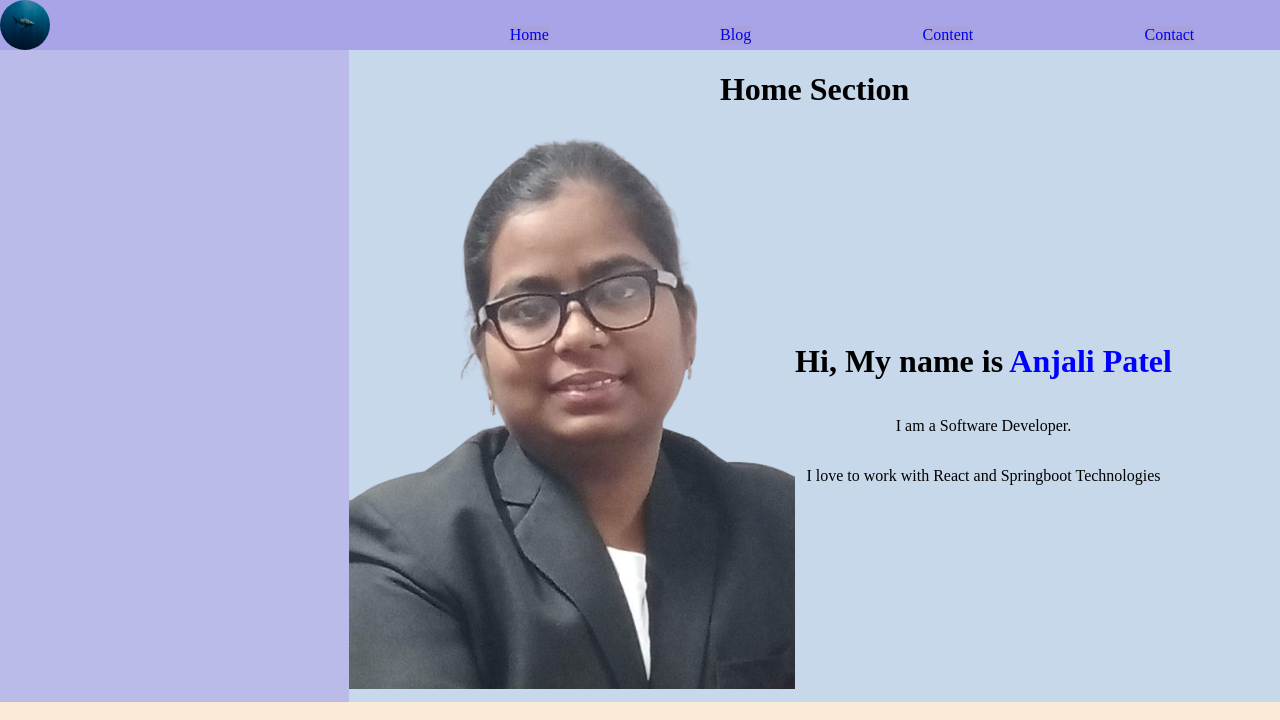
Repository: purnimapatel/fish-world
Page: index.html
An editor plug-in stored every save of this project. The page is shown before and after the next save, followed by the edit.
The browser window is 1280 px wide. The pictures show the whole page.
An inner scrolling area shows only its first screen.

Above is the page before, as saved 2024-08-25 15:29:47.

After the next save:
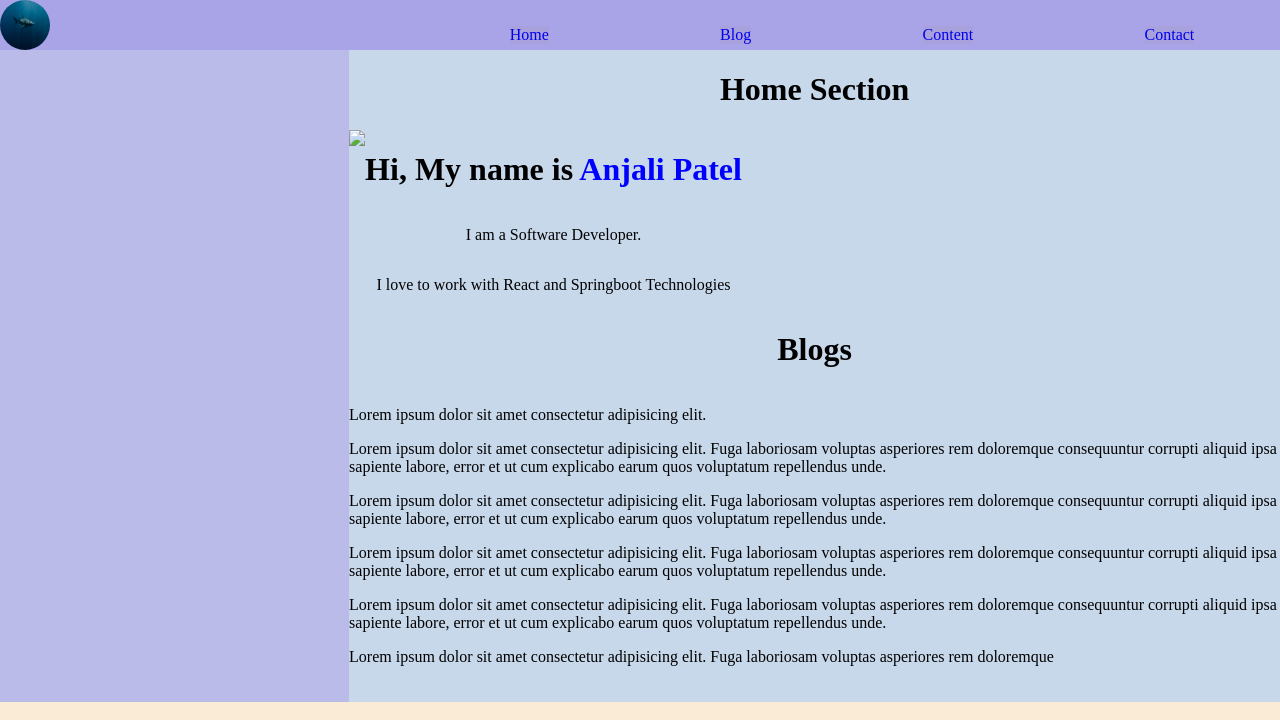
Not found: img/image1.png
Saved 2 min 22 s later.
--- a/index.html
+++ b/index.html
@@ -36,7 +36,7 @@
                <div id = "home-content">
 
                 <div id = "image">
-                    <img src ="img/image2.png">
+                    <img src ="img/image1.png">
                    </div>
                    <div id = "about">
                     <h1>Hi, My name is <span>Anjali Patel</span></h1>

After the save that followed:
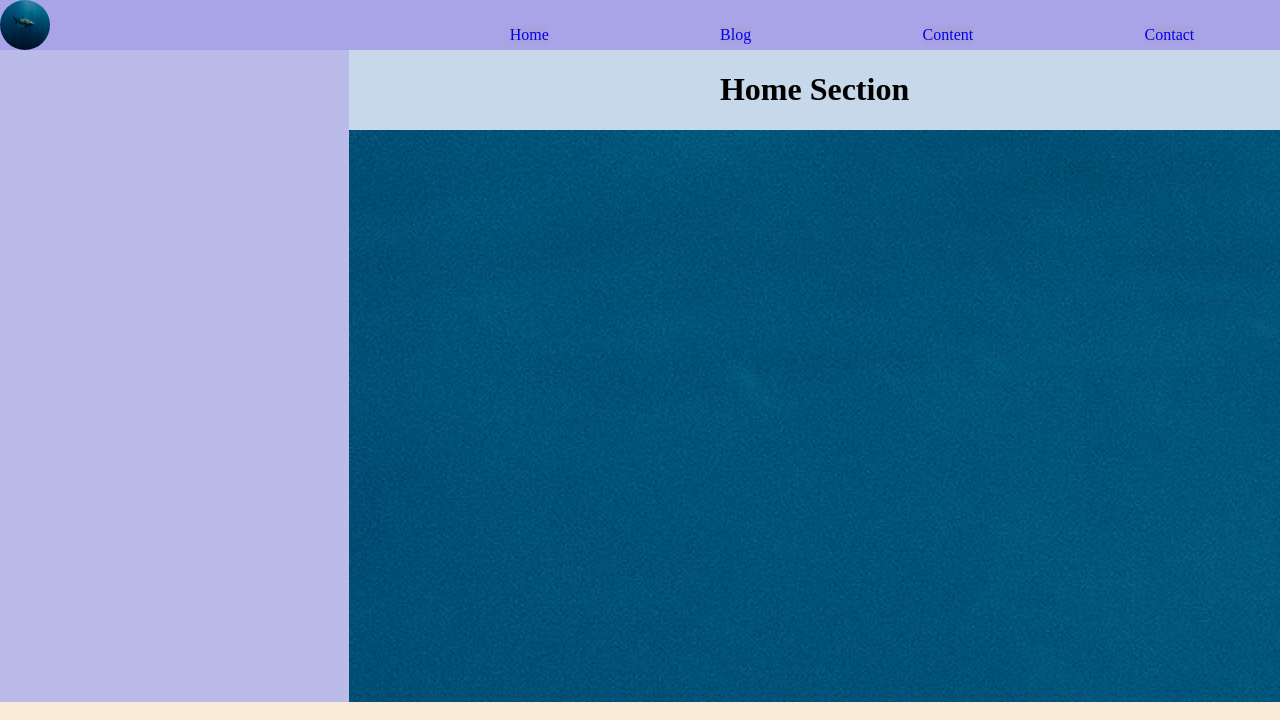
Saved 23 s later.
--- a/index.html
+++ b/index.html
@@ -36,7 +36,7 @@
                <div id = "home-content">
 
                 <div id = "image">
-                    <img src ="img/image1.png">
+                    <img src ="img/image1.jpg">
                    </div>
                    <div id = "about">
                     <h1>Hi, My name is <span>Anjali Patel</span></h1>
